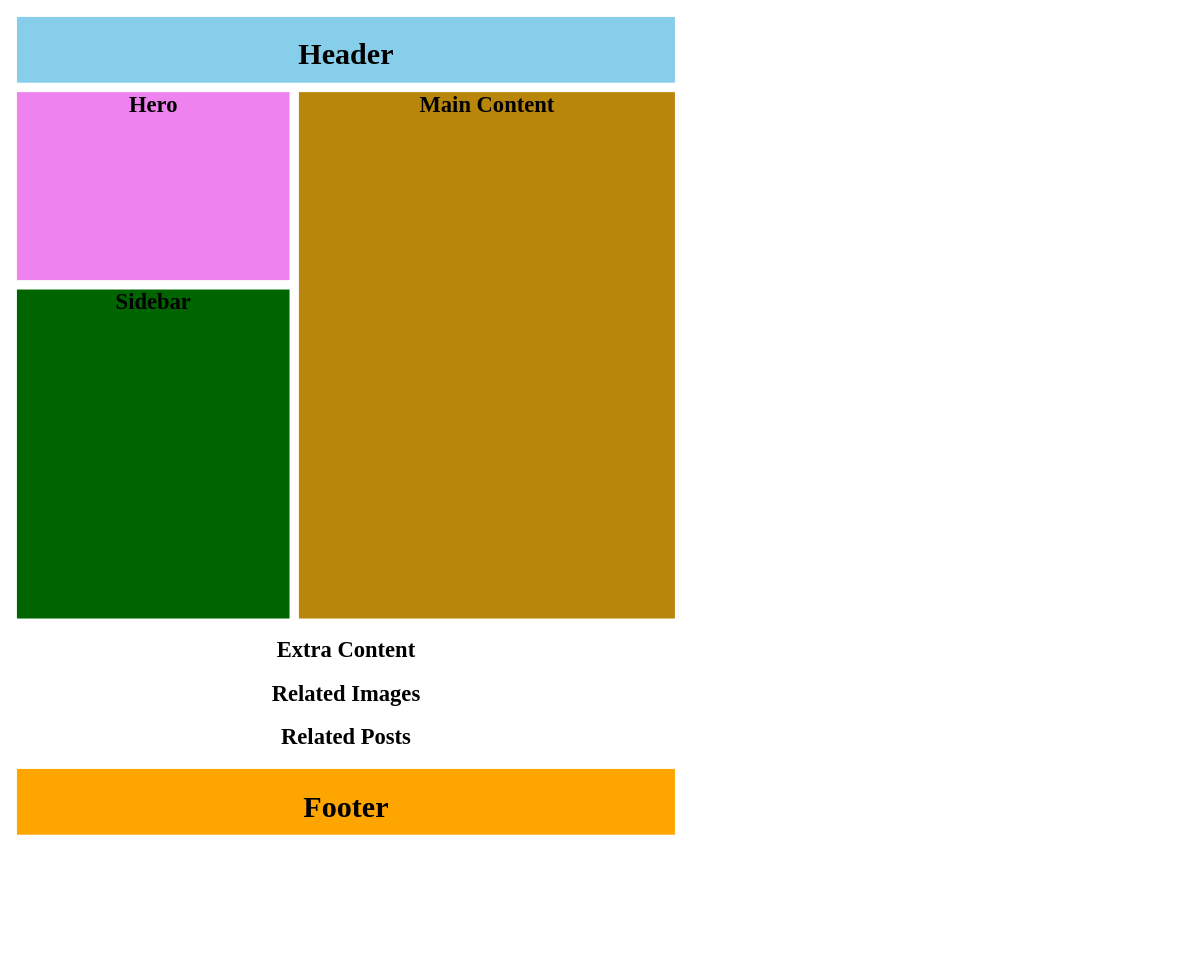
Repository: harshitanthal1/assignments_avisoft
Page: 01-02-2024/assignment_2/index.html
The author's editor kept a copy of each file at every save. The page is drawn from the files as they stood at one save, then again after the next save.
The browser window is 1280 px wide. The pictures show the whole page, at 94% of full size.

Above is the page before, as saved 2024-02-01 18:12:09.

### 01-02-2024/assignment_2/index.html
<!DOCTYPE html>
<html lang="en">
<head>
    <meta charset="UTF-8">
    <meta name="viewport" content="width=device-width, initial-scale=1.0">
    <title>Assignment 2</title>
    <link rel="stylesheet" href="styles/styles.css" />
</head>
<body>
    <div id="main-sec">
       <div id="header"><h1>Header</h1></div>
       <div id="main">
           <div id="sec1"><h2>Hero</h2></div>
           <div id="sec2"><h2>Main Content</h2></div>
           <div id="sec3"><h2>Sidebar</h2></div>
           <div id="sec4"><h2>Extra Content</h2></div>
           <div id="sec5"><h2>Related Images</h2></div>
           <div id="sec6"><h2>Related Posts</h2></div>
       </div>
       <div id="footer"><h1>Footer</h1></div>
    </div>
</body>
</html>

### 01-02-2024/assignment_2/styles/styles.css
#main-sec {
    display: flex;
    width: 700px;
    height: 1000px;

    flex-direction: column;
    text-align: center;
    padding: 10px;
}

#header {
    background-color: skyblue;
    width: 700px;
    height: 70px;
    margin-bottom: -10px;

}

#sec1 {
    background-color: violet;
    width: 290px;
    height: 200px;
    margin-right: 10px;
}

#sec2 {
    background-color: darkgoldenrod;
    width: 400px;
    height: 560px;
    margin-left: 300px;
    margin-top: -220px;
}

#sec3 {
    background-color: darkgreen;
    width: 290px;
    height: 350px;
    margin-top: -370px;
}

#footer {
    background-color: orange;
    width: 700px;
    height: 70px;

}

After the next save:
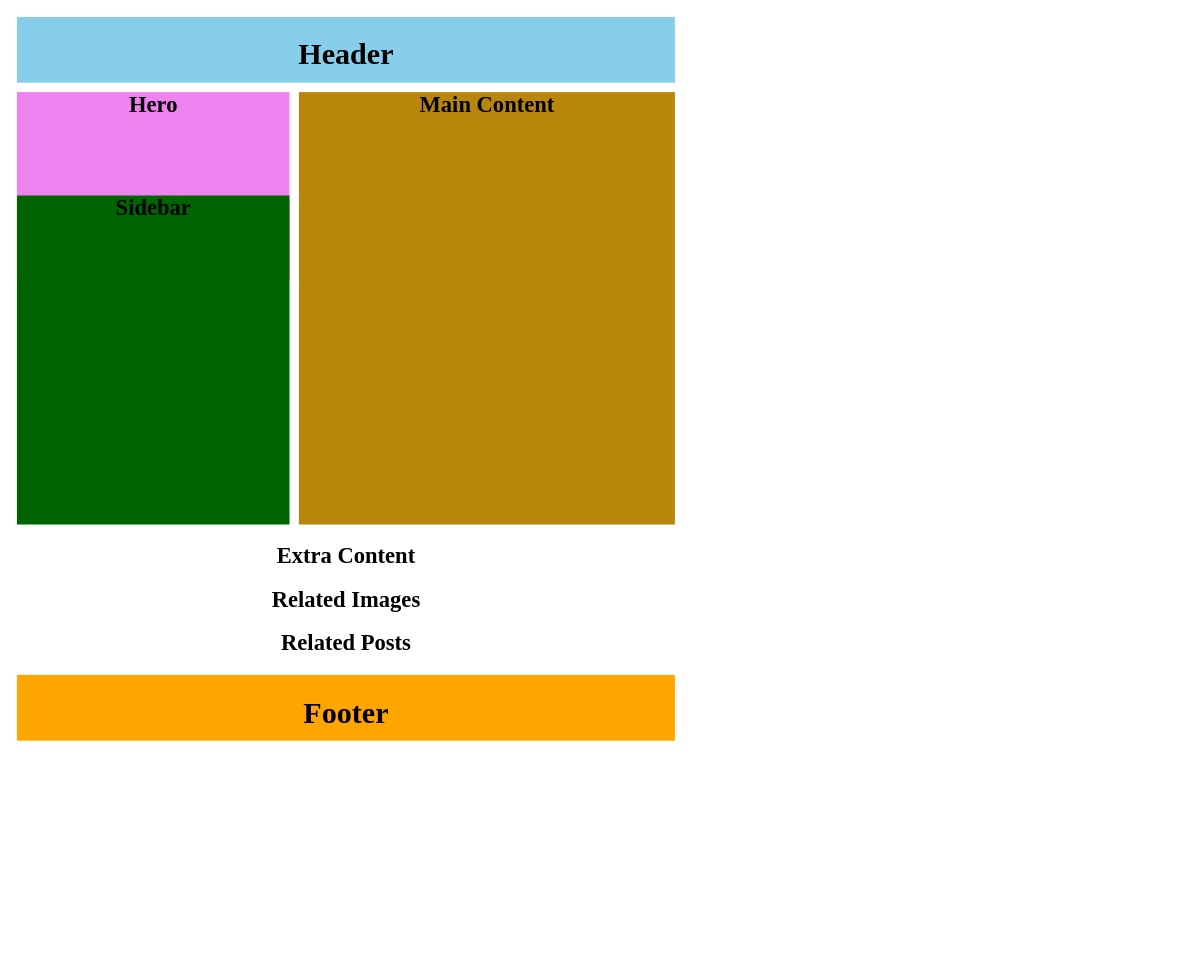
Saved 62 s later.
--- a/01-02-2024/assignment_2/styles/styles.css
+++ b/01-02-2024/assignment_2/styles/styles.css
@@ -26,7 +26,7 @@
 #sec2 {
     background-color: darkgoldenrod;
     width: 400px;
-    height: 560px;
+    height: 460px;
     margin-left: 300px;
     margin-top: -220px;
 }

After the save that followed:
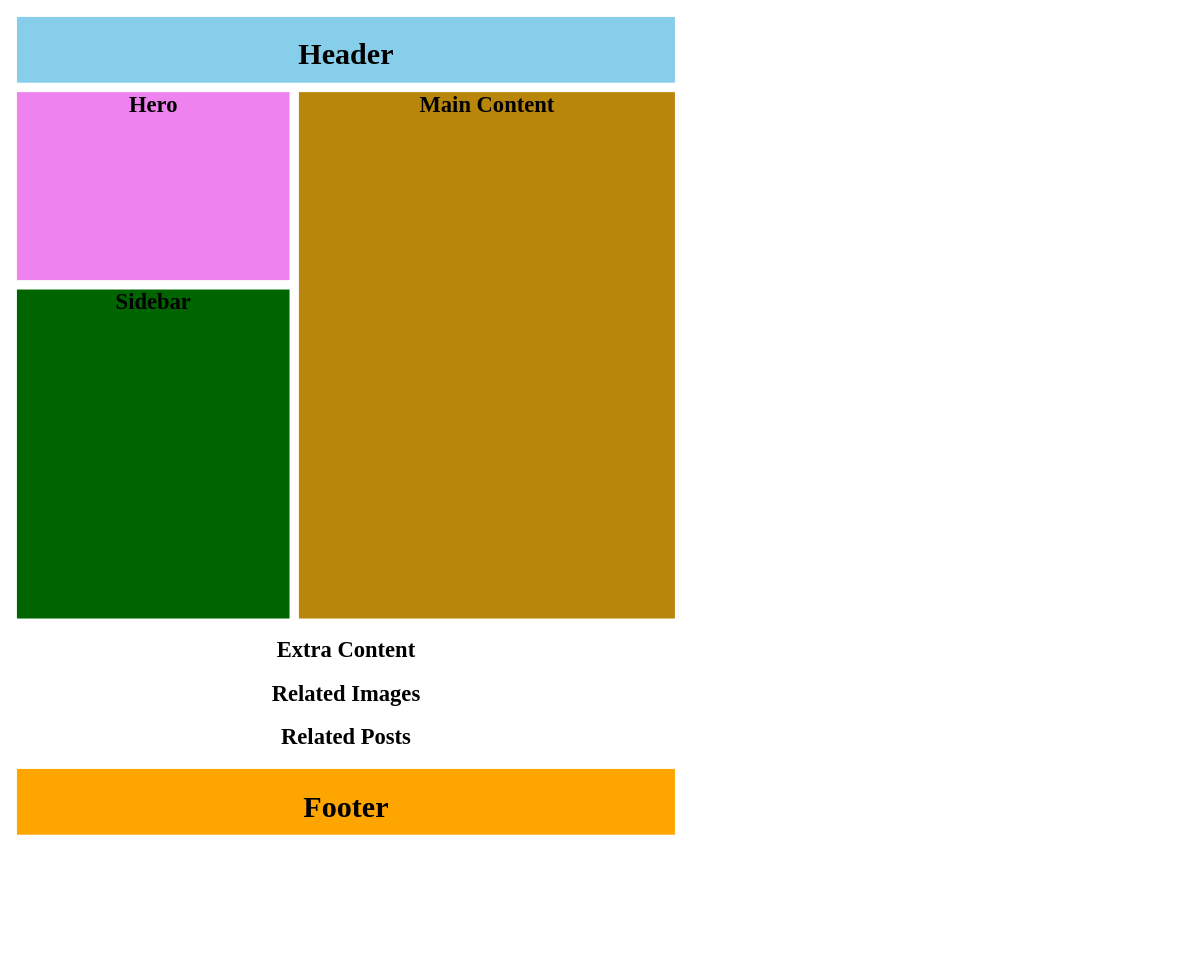
Saved 33 s later.
--- a/01-02-2024/assignment_2/styles/styles.css
+++ b/01-02-2024/assignment_2/styles/styles.css
@@ -26,7 +26,7 @@
 #sec2 {
     background-color: darkgoldenrod;
     width: 400px;
-    height: 460px;
+    height: 560px;
     margin-left: 300px;
     margin-top: -220px;
 }
